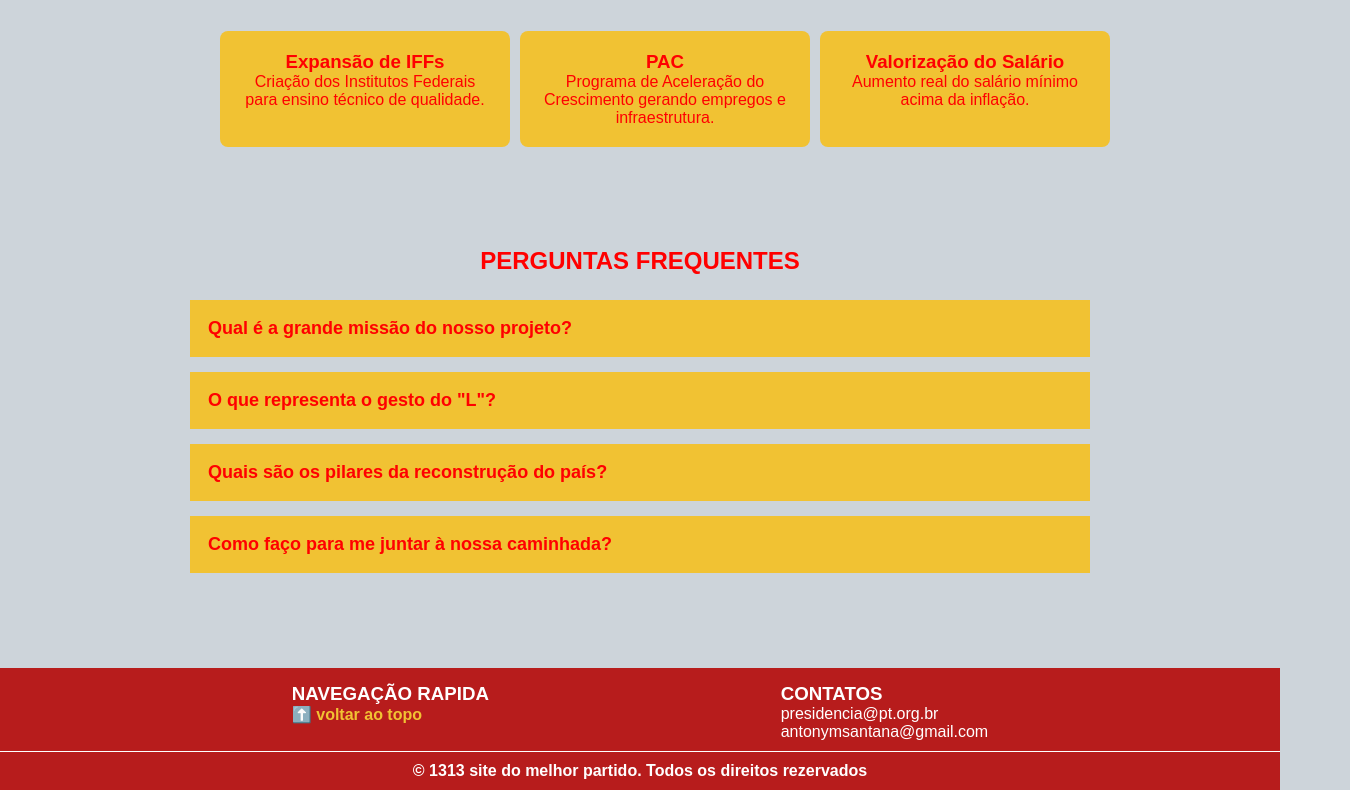
Repository: antonymsantana-design/second.revision
Page: html/html.html
These files come from the project's save history. The page is drawn as it stood at one moment and after a run of saves; the edit follows.
The browser window is 1280 px wide. The page is 1350 px wide, so the pictures cover 1350 px, including what lies to the right of the window. The pictures show the part of the page from y = 1917 to 2785 px (the page is 2707 px tall before and 2785 px after).
After loading, the first visible `button.crd-pergunta` was clicked once.

Above is the page before, as saved 2026-09-05 13:49:47.

### html/html.html
<!doctype html>
<html lang="pt-br">
  <head>
    <meta charset="UTF-8" />
    <meta name="viewport" content="width=device-width, initial-scale=1.0" />
    <title>avaliação</title>
    <link rel="stylesheet" href="../css/css.css" />
    <script src="../js/js.js" defer></script>
  </head>
  <header>
    <div class="conteudoH" id="conteudoH">
      <div class="imagem" id="imagem">
        <img
          src="../IMAGENS/partido-dos-trabalhadores-pt.png"
          alt="logo"
          class="logoIMG"
          id="logoIMG"
        />
      </div>
      <div class="links" id="links">
        <a href="#" class="aLinks">EXPERIÊNCIAS</a>
        <a href="#" class="aLinks">PROJETOS</a>
        <a href="#" class="aLinks">SOBRE</a>
      </div>
      <div class="btnDiv" id="btnDiv">
        <button class="btn" id="btn">
          <div class="btnTxt" id="btnTxt">
            <p>contrate-nos</p>
          </div>
        </button>
      </div>
    </div>
  </header>

  <body>
    <div class="conteudo">
      <div class="texto">
        <h1 class="faça_o_l">FAÇA O L</h1>
        <br />
        <h1 class="imediatamente">IMEDIATAMENTE</h1>
      </div>
    </div>

    <div class="cards">
      <div class="card">
        <div class="imagemCard">
          <img src="../IMAGENS/fazoL.webp" alt="ptzão" />
        </div>
        <div class="textoC">
          <p>
            O L desenhado pelas mãos do povo é o nosso escudo estampado no
            peito, o brasão de uma nação que recusou o fim e escolheu se
            reconstruir. Assim como os maiores símbolos de proteção, ele traz a
            força indomável dos esquecidos, a coragem da classe trabalhadora e o
            abraço que resgata a dignidade de cada família. Fazer o L não é
            apenas um gesto: é a armadura invisível da justiça, a poesia de quem
            luta sem medo e a prova viva de que a esperança sempre vence
            qualquer escuridão.
          </p>
        </div>
      </div>

      <div class="card">
        <div class="imagemCard">
          <img src="../IMAGENS/Design sem nome.png" alt="ptzão" />
        </div>
        <div class="textoC">
          <p>
            A reconstrução do Brasil é a nossa maior batalha vitoriosa, o
            compromisso sagrado de honrar quem ergue este país com as próprias
            mãos. É o salário que volta a ter valor de arma contra a miséria, o
            prato cheio que alimenta a dignidade e a porta da universidade
            aberta para o filho do trabalhador. Erguemos de volta a estrutura de
            uma nação soberana, provando que quando a força do povo se levanta,
            nenhuma injustiça é capaz de ficar em pé.
          </p>
        </div>
      </div>

      <div class="card">
        <div class="imagemCard">
          <img src="../IMAGENS/Design sem nome (1).png" alt="ptzão" />
        </div>
        <div class="textoC">
          <p>
            Nossa verdadeira força nunca esteve em batalhas solitárias, mas no
            exército invencível de milhões de corações alinhados. É o povo
            organizado no campo, na fábrica e na periferia, formando uma
            barreira inabalável em defesa da liberdade e do futuro. Estar juntos
            é carregar o juramento de não deixar ninguém para trás. Somos a
            guarda permanente do país, os guardiões da justiça social e a prova
            de que a nossa união é o maior poder da Terra.
          </p>
        </div>
      </div>
    </div>

    <div class="cardsV">
      <div class="video">
        <video autoplay loop muted playsinline>
          <source src="../video/video1.mp4" type="video/mp4" />
        </video>
      </div>
      <div class="video">
        <video autoplay loop muted playsinline>
          <source src="../video/video2.mp4" type="video/mp4" />
        </video>
      </div>
      <div class="video">
        <video autoplay loop muted playsinline>
          <source src="../video/video3.mp4" type="video/mp4" />
        </video>
      </div>
    </div>

    <div class="galery">
      <div class="btnfiltro">
        <button class="btn-filtro" data-categoria="todos">Todas</button>
        <button class="btn-filtro" data-categoria="social">Social</button>
        <button class="btn-filtro" data-categoria="educacao">Educação</button>
        <button class="btn-filtro" data-categoria="economia">Economia</button>
      </div>

      <div class="cards-galeria">
        <div class="card-item" data-categoria="social">
          <h3>Bolsa Família</h3>
          <p>
            Garantia de renda e combate direto à extrema pobreza em todo o país.
          </p>
        </div>

        <div class="card-item" data-categoria="social">
          <h3>Minha Casa Minha Vida</h3>
          <p>Acesso à moradia digna para milhões de famílias brasileiras.</p>
        </div>

        <div class="card-item" data-categoria="educacao">
          <h3>Prouni e FIES</h3>
          <p>Inclusão de jovens da classe trabalhadora no ensino superior.</p>
        </div>

        <div class="card-item" data-categoria="educacao">
          <h3>Expansão de IFFs</h3>
          <p>
            Criação dos Institutos Federais para ensino técnico de qualidade.
          </p>
        </div>

        <div class="card-item" data-categoria="economia">
          <h3>PAC</h3>
          <p>
            Programa de Aceleração do Crescimento gerando empregos e
            infraestrutura.
          </p>
        </div>

        <div class="card-item" data-categoria="economia">
          <h3>Valorização do Salário</h3>
          <p>Aumento real do salário mínimo acima da inflação.</p>
        </div>
      </div>
    </div>

    <div class="crd-container">
      <h2 class="crd-titulo">PERGUNTAS FREQUENTES</h2>

      <div class="crd-item">
        <button class="crd-pergunta">
          Qual é a grande missão do nosso projeto?
        </button>
        <div class="crd-resposta">
          <p>
            Erguer a bandeira da esperança e da justiça social, trazendo de
            volta a dignidade, o trabalho e a oportunidade de um futuro melhor
            para todo o povo brasileiro.
          </p>
        </div>
      </div>

      <div class="crd-item">
        <button class="crd-pergunta">O que representa o gesto do "L"?</button>
        <div class="crd-resposta">
          <p>
            O "L" é o símbolo do nosso compromisso coletivo. Ele representa o
            escudo da classe trabalhadora, a força dos esquecidos e a prova de
            que a união vence qualquer escuridão.
          </p>
        </div>
      </div>

      <div class="crd-item">
        <button class="crd-pergunta">
          Quais são os pilares da reconstrução do país?
        </button>
        <div class="crd-resposta">
          <p>
            Foco no que realmente importa: salário valorizado, comida na mesa,
            moradia digna e as portas das universidades abertas para os filhos
            do trabalhador.
          </p>
        </div>
      </div>

      <div class="crd-item">
        <button class="crd-pergunta">
          Como faço para me juntar à nossa caminhada?
        </button>
        <div class="crd-resposta">
          <p>
            A nossa força vem da união de todos. Seja no campo, na fábrica ou na
            cidade, qualquer pessoa pode somar voz e energia para defender a
            democracia e o futuro do país.
          </p>
        </div>
      </div>
    </div>

    <div class="modal-overlay" id="modalContato">
      <div class="modal-box">
        <span id="btnClose" class="close-btn">X</span>
        <h2 class="modal-title">FALE CONOSCO</h2>

        <form id="formContato">
          <div class="input-group">
            <label for="nome">Nome</label>
            <input type="text" id="nome" required />
          </div>
          <div class="input-group">
            <label for="email">E-mail</label>
            <input type="email" id="email" required />
          </div>
          <div class="input-group">
            <label for="Assunto">Assunto</label>
            <input type="text" id="assunto" required />
          </div>
          <div class="input-group">
            <label for="mensagem">mensagem</label>
            <textarea id="mensagem" rows="4" required></textarea>
          </div>

          <button type="submit" class="btn-enviar" id="enviar">ENVIAR</button>
        </form>
      </div>
    </div>
  </body>
  <footer>
    <div class="cima">
      <div class="esquerda">
        <h3>NAVEGAÇÃO RAPIDA</h3>
        <h4 class="btnTopo" id="btnTopo">⬆️ voltar ao topo</h4>
      </div>
      <div class="direita">
        <h3>CONTATOS</h3>
        <a href="">presidencia@pt.org.br</a> <br />
        <a href="">antonymsantana@gmail.com</a>
      </div>
    </div>
    <div class="baixo">
      <h4>© 1313 site do melhor partido. Todos os direitos rezervados</h4>
    </div>
  </footer>
</html>

### css/css.css
* {
    padding: 0px;
    margin: 0px;
    font-family: Arial, Helvetica, sans-serif;
}

body {
    background-color: rgb(205, 212, 218);
}

header {
    background-color: #f1c233;
    height: 110px;
    border-bottom: red solid 3px;
}

.conteudoH {
    display: flex;
    justify-content: space-between;
    padding-right: 100px;
    align-items: center;
}

.imagem {
    margin-left: 20px;
    margin-top: 5px;
}

.logoIMG {
    width: 100px;
    height: 100px;
}

.links {
    display: flex;
    gap: 20px;
    justify-content: center;
    padding-right: 130px;
}

.links a {
    text-decoration: none;
    color: red;
    transition: 0.5s ease;
}

.aLinks:hover {
    transform: translateY(-5px);
    box-shadow: 0 4px 10px rgba(0, 0, 0, 0.15);
    background-color: red;
    color: #f1c233;
    border-radius: 5px;
    width: 120px;
    height: 30px;
    display: flex;
    justify-content: center;
    align-items: center;
}

.btnDiv {
    display: flex;
}

.btn {
    display: flex;
    justify-content: center;
    width: 120px;
    height: 70px;
    background-color: red;
    border: none;
    color: white;
    align-items: center;
    border-radius: 8px;
    transition: 0.3s ease;
    cursor: pointer;
}

.btn:hover {
    transform: translateY(-5px);
    box-shadow: 0 8px 15px rgba(255, 0, 0, 0.4);
}

.conteudo {
    background-image: url(../IMAGENS/maxresdefault.jpg);
    background-repeat: no-repeat;
    background-size: cover;
    background-position: center;
    height: 100vh;
}

.texto {
    padding-top: 250px;
    padding-left: 100px;
    font-size: 40px;
}

.faça_o_l {
    color: #f1c233;
}

.imediatamente {
    color: red;
}

.cards {
    display: flex;
    justify-content: space-around;
    margin-top: 20px;
}

.card {
    background-color: #f1c233;
    height: 500px;
    width: 430px;
    border-radius: 10px;
    display: flex;
    justify-content: center;
    align-items: center;
    position: relative;
    transition: 0.3s ease;
}

.card:hover {
    transform: translateY(-10px);
    box-shadow: 0 12px 25px rgba(0, 0, 0, 0.3);
    background-color: red;
}

.imagemCard {
    width: 300px;
    height: 300px;
    position: absolute;
    top: 50%;
    left: 50%;
    transform: translate(-50%, -50%);
    transition: 0.3s ease;
}

.imagemCard img {
    width: 100%;
    transition: 0.3s ease;
}

.card:hover img {
    opacity: 0;
}

.textoC {
    color: #f1c233;
    text-align: center;
    justify-content: center;
    align-items: center;
    font-size: 20px;
    display: flex;
    height: 500px;
    width: 430px;
    padding: 20px;
    box-sizing: border-box;
}

.cardsV {
    display: flex;
    justify-content: space-around;
    margin-top: 90px;
}

.cardsV video {
    width: 450px;
    border-radius: 10px;
    padding-bottom: 55px;
    transition: 0.3s ease;
}

.cardsV video:hover {
    transform: translateY(-8px);
}

.modal-overlay {
    position: fixed;
    top: 0;
    left: 0;
    width: 100vw;
    height: 100vh;
    background-color: rgba(0, 0, 0, 0.65);
    display: none;
    justify-content: center;
    align-items: center;
    z-index: 9999;
}

.modal-overlay.active {
    display: flex;
}

.modal-box {
    background-color: #f1c233;
    width: 90%;
    max-width: 420px;
    padding: 30px 25px;
    position: relative;
    box-shadow: 0 8px 20px rgba(0, 0, 0, 0.3);
    border-radius: 5px;
}

.close-btn {
    position: absolute;
    top: 12px;
    right: 20px;
    font-size: 26px;
    color: red;
    cursor: pointer;
    font-weight: bold;
    transition: 0.3s ease;
}

.close-btn:hover {
    transform: scale(1.2);
}

.modal-title {
    text-align: center;
    margin-bottom: 20px;
    color: red;
}



.input-group {
    display: flex;
    flex-direction: column;
    margin-bottom: 12px;
}

.input-group label {
    font-size: 14px;
    font-weight: bold;
    color: red;
    margin-bottom: 4px;
}

.input-group input,
.input-group textarea {
    border: none;
    border-radius: 8px;
    padding: 10px;
    resize: vertical;
    outline: none;
    font-size: 14px;
}

.btn-enviar {
    display: block;
    margin: 20px auto 0 auto;
    background-color: red;
    color: white;
    border: none;
    padding: 10px 40px;
    border-radius: 20px;
    font-weight: bold;
    cursor: pointer;
    transition: 0.3s ease;
}

.btn-enviar:hover {
    transform: translateY(-3px);
    box-shadow: 0 5px 15px rgba(0, 0, 0, 0.2);
}

footer {
    background-color: #b71c1c;
    color: white;
    padding-top: 15px;
}

.cima {
    border-bottom: white 1px solid;
    padding-bottom: 10px;
    display: flex;
    justify-content: space-evenly;
}

.direita a {
    color: white;
    text-decoration: none;
    transition: 0.3s ease;
}

.direita a:hover {
    color: #f1c233;
}

.btnTopo {
    cursor: pointer;
    color: #f1c233;
    transition: 0.3s ease;
}

.btnTopo:hover {
    transform: translateY(-3px);
}

.baixo {
    text-align: center;
    padding: 10px 0;
}

.galery{
    padding-bottom: 20px;
}

.card-item {
    background-color: #f1c233;
    color: red;
    padding: 20px;
    border-radius: 8px;
    width: 250px;
    text-align: center;
    transition: 0.3s ease;
}

.btnfiltro{
    padding-bottom: 10px;
     display: flex;
    justify-content: center;
    gap: 10px;
}

.card-item:hover {
    transform: translateY(-5px);
    box-shadow: 0 5px 15px rgba(0, 0, 0, 0.2);
}

.btn-filtroT{
    background-color: #f1c233;
    color: white;
    border: none;
    padding: 10px 20px;
    border-radius: 5px;
    cursor: pointer;
    font-weight: bold;
    transition: 0.3s ease;
}

.btn-filtro {
    background-color: red;
    color: white;
    border: none;
    padding: 10px 20px;
    border-radius: 5px;
    cursor: pointer;
    font-weight: bold;
    transition: 0.3s ease;
}

.btn-filtro.trocarCor{
    background-color: #f1c233;
    color: white;
}

.btn-filtro:hover {
    background-color: #b71c1c;
    transform: translateY(-2px);
}

.cards-galeria{
    display: grid;
    justify-content: center;
    grid-template-columns: repeat(3, 240px);
    gap: 60px;
}

.card-item.escondido {
    display: none;
}

.crd-container {
    max-width: 900px;
    margin: 60px auto;
    padding: 20px;
}

.crd-titulo {
    text-align: center;
    color: red;
    margin-bottom: 25px;
}

.crd-item {
    margin-bottom: 15px;
}

.crd-pergunta {
    width: 100%;
    background-color: #f1c233;
    color: red;
    border: none;
    padding: 18px;
    text-align: left;
    font-size: 18px;
    font-weight: bold;
    cursor: pointer;
}

.crd-pergunta:hover {
    background-color: red;
    color: #f1c233;
}

.crd-resposta {
    display: none;
    overflow: hidden;
    background-color: white;
    transition: 0.4s ease;
}

.crd-resposta p {
    padding: 15px 20px;
    color: #333;
    line-height: 1.5;
}

.crd-item.ativo, .crd-resposta.ativo {
    display: flex;
    max-height: 200px;
}

### js/js.js

const modal = document.getElementById("modalContato")
const btnAbrir = document.getElementById("btn")
const btnFechar = document.getElementById("btnClose")
const enviar = document.getElementById("enviar")
const rolar = document.getElementById("btnTopo")

btnAbrir.onclick = function () {
  modal.classList.add("active")
};

btnFechar.onclick = function () {
  modal.classList.remove("active")
};

enviar.onclick = function () {
  window.alert("enviado com sucesso")
  modal.classList.remove("active")
}

rolar.onclick = function () {
  window.scrollTo({
    top: 0,
    behavior: "smooth",
  });
};

const botoes = document.querySelectorAll(".btn-filtro")
const cards = document.querySelectorAll(".card-item")

botoes.forEach((botao) => {
  botao.addEventListener("click", () => {
    const categoriaSelec = botao.getAttribute("data-categoria")
    cards.forEach((card) => {
      const categoriaCard = card.getAttribute("data-categoria")
      if (categoriaSelec === "todos" || categoriaSelec === categoriaCard) {
        card.classList.remove("escondido")
      } else {
        card.classList.add("escondido")
      }
    })
  })
})

const perguntas = document.querySelector(".crd-pergunta")
const respostas = document.querySelector(".crd-resposta")
const mostrarResp = document.querySelector(".crd-item")

perguntas.onclick = function () {
    respostas.classList.add("active")
}

After the next 2 saves:
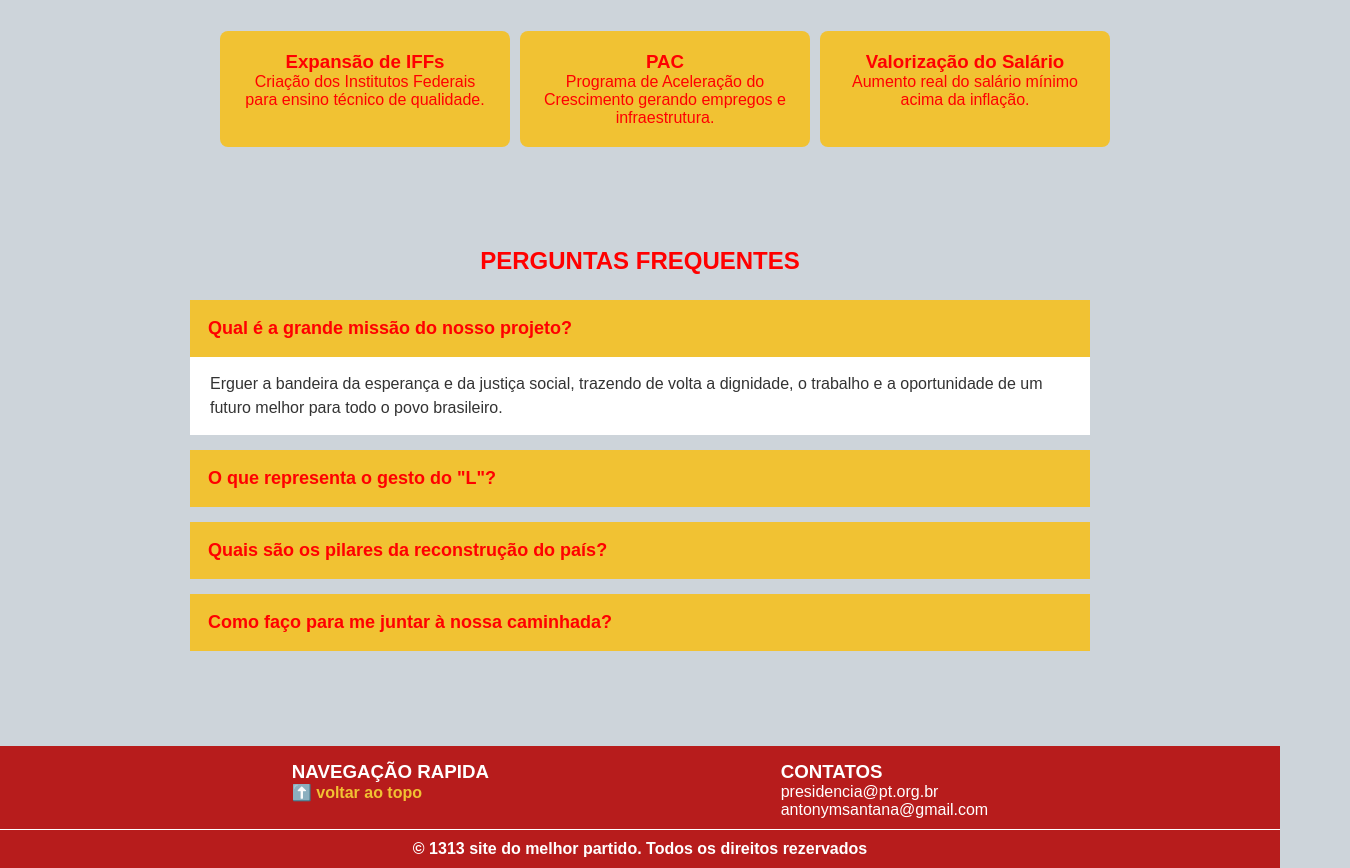
The 2 saves are shown as one change because they came seconds apart.
The last was saved 9 s later.
--- a/js/js.js
+++ b/js/js.js
@@ -47,5 +47,5 @@
 const mostrarResp = document.querySelector(".crd-item")
 
 perguntas.onclick = function () {
-    respostas.classList.add("active")
+    respostas.classList.add("ativo")
 }
